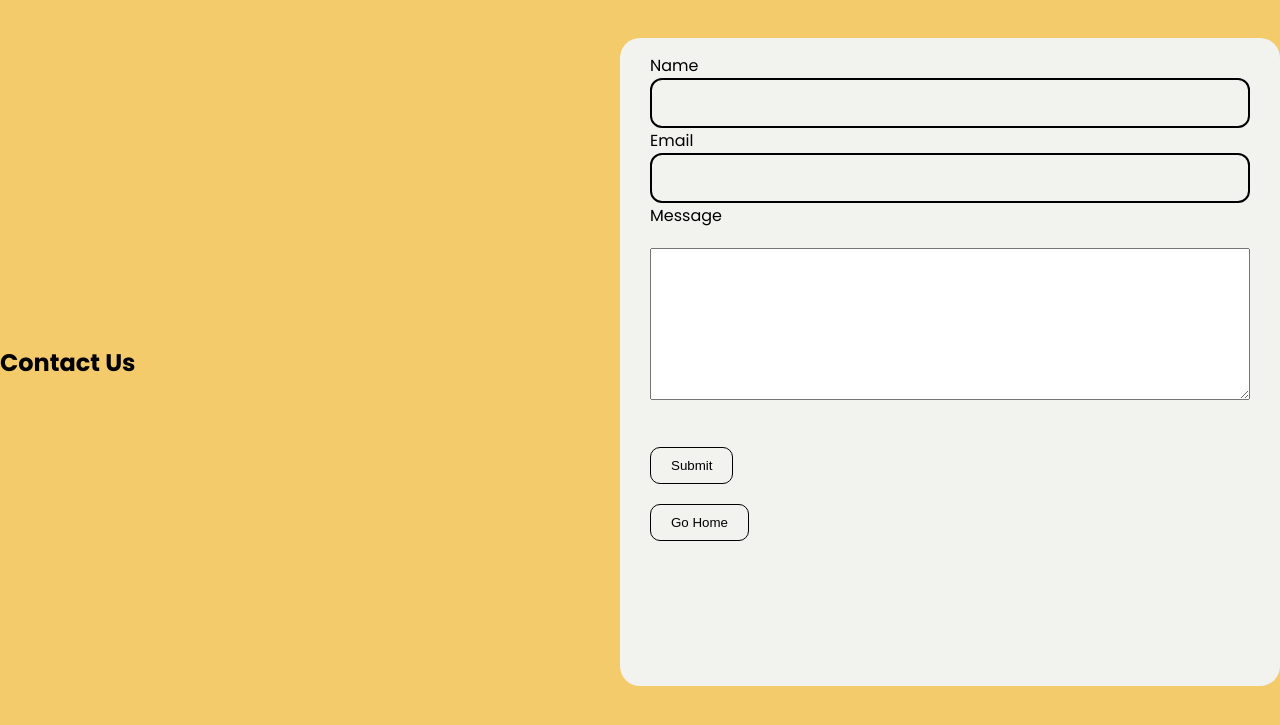
Repository: ble-syn/Random-user-generator-app
Page: /contact
The author's editor kept a copy of each file at every save. The page is drawn from the files as they stood at one save, then again after the next save.
The browser window is 1280 px wide. The pictures show the whole page.
The project was rebuilt for these pictures with package versions that can differ from the ones it lists, and the page was loaded fresh each time. Also part of the build but not shown: src/components/Navbar.jsx, src/components/pagination.jsx, src/components/ErrorFallback.jsx, src/components/User.jsx, src/pages/Home.jsx, src/pages/About.jsx, src/pages/Vision.jsx, src/pages/Mission.jsx and 1 more.

Above is the page before, as saved 2022-10-28 19:15:49.

After the next save:
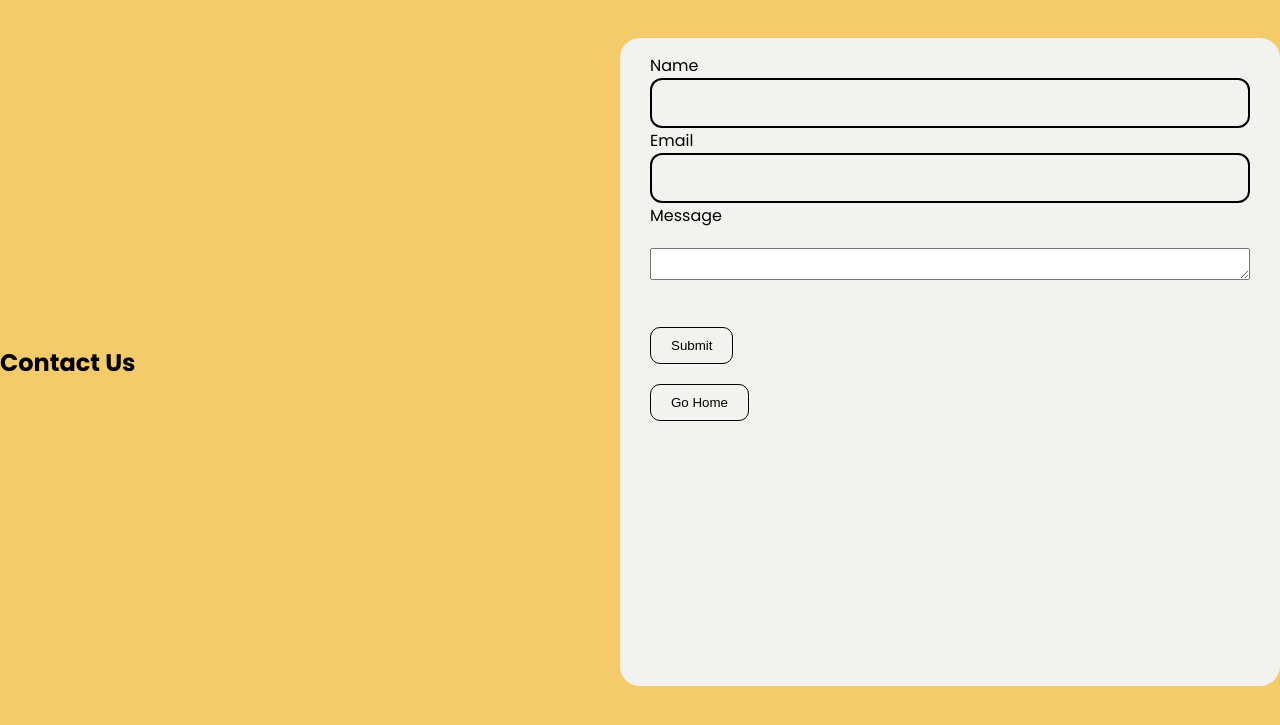
Saved 18 s later.
--- a/src/pages/Contact.jsx
+++ b/src/pages/Contact.jsx
@@ -20,7 +20,7 @@
           <label htmlFor="email">Email</label>
           <input type="email" name="email" id="email" />
           <label htmlFor="message">Message</label>
-          <textarea name="message" id="message" cols="30" rows="10"></textarea> <br />
+          <textarea name="message" id="message"></textarea> <br />
           <button type="submit">Submit</button>
        </form>
         <button onClick={goHome}>Go Home</button>

After the save that followed:
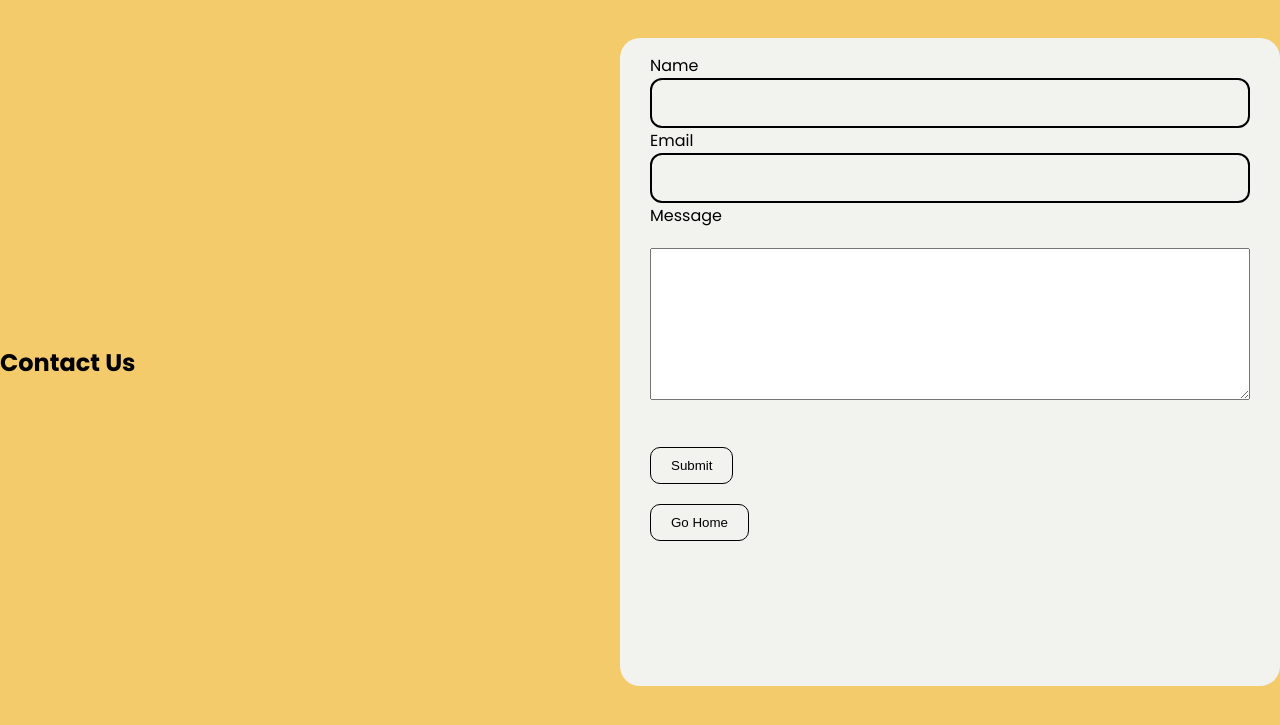
Saved 12 s later.
--- a/src/pages/Contact.jsx
+++ b/src/pages/Contact.jsx
@@ -20,7 +20,7 @@
           <label htmlFor="email">Email</label>
           <input type="email" name="email" id="email" />
           <label htmlFor="message">Message</label>
-          <textarea name="message" id="message"></textarea> <br />
+          <textarea name="message" id="message" cols="30" rows="10"></textarea> <br />
           <button type="submit">Submit</button>
        </form>
         <button onClick={goHome}>Go Home</button>
